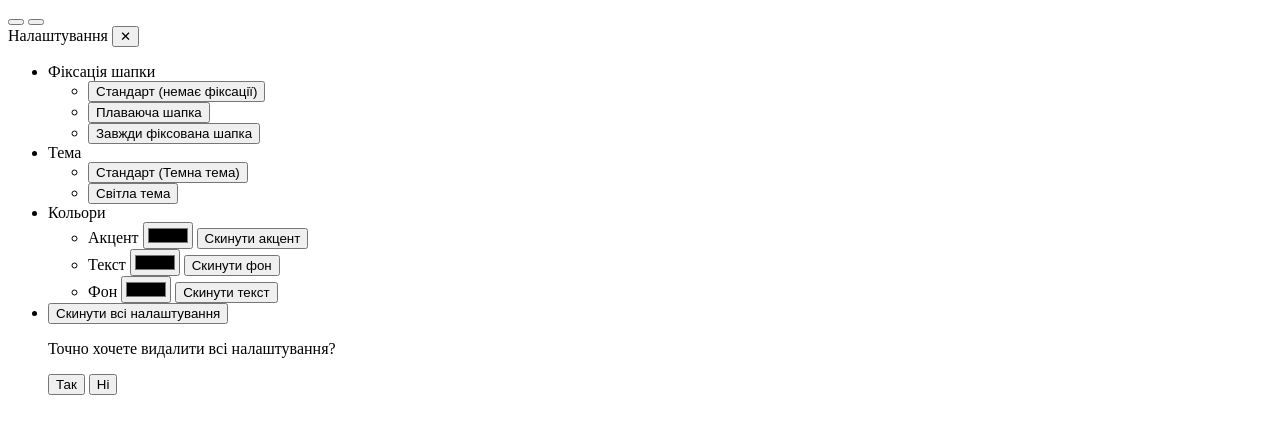
Repository: BogdanLazebnika/bogdanelo
Page: components/options.html
These files come from the project's save history. The page is drawn as it stood at one moment and after the next save; the edit follows.
The browser window is 1280 px wide. The pictures show the whole page.

Above is the page before, as saved 2025-08-05 15:22:54.

### components/options.html
<div class="button-open-options-container">
  <div class="button-open-options-container-content">


    <div class="button-options-container">

        <div class="vertical-line-options"></div>


        <button class="button-open-options-button">
            <div id="button-open-options-button-icon"></div>
        </button>

        <button class="button-hide-button-options-icon">
            <div id="button-hide-button-options-icon"></div>
        </button>
    </div>

    <div id="draggable-options" class="button-open-options-list hidden">
        <div class="settings-panel-header">
            <span>Налаштування</span>
            <button onclick="closeSettingsPanel()">✕</button>
        </div>
      <ul class="button-open-options-list-list-one-level">

        <!-- FixedHeader -->
        <li class="button-open-options-list-item">
          <span>Фіксація шапки</span>
          <ul class="button-open-options-list-list-two-level">
            <li><button onclick="updateUserSetting('fixedHeader', undefined)">Стандарт (немає фіксації)</button></li>
            <li><button onclick="updateUserSetting('fixedHeader', true)">Плаваюча шапка</button></li>
            <li><button onclick="updateUserSetting('fixedHeader', 'always')">Завжди фіксована шапка</button></li>
          </ul>
        </li>

        <!-- Theme -->
        <li class="button-open-options-list-item">
          <span>Тема</span>
          <ul class="button-open-options-list-list-two-level">
            <li><button onclick="updateUserSetting('theme', undefined)">Стандарт (Темна тема)</button></li>
            <li><button onclick="updateUserSetting('theme', 'light')">Світла тема</button></li>
          </ul>
        </li>

        <!-- Accent Color -->
        <li class="button-open-options-list-item">
          <span>Кольори</span>
          <ul class="button-open-options-list-list-two-level">
            <li>
              <span>Акцент</span>
              <input type="color" id="accentColorPicker">
              <button id="accentColorResetBtn">Скинути акцент</button>
            </li>
            <li>
              <span>Текст</span>
              <input type="color" id="backgroundColorPicker">
              <button id="backgroundColorResetBtn">Скинути фон</button>
            </li>
            <li>
              <span>Фон</span>
              <input type="color" id="textColorPicker">
              <button id="textColorResetBtn">Скинути текст</button>
            </li>
          </ul>

        </li>
        <li class="button-open-options-list-item">
          <button id="resetAllSettingsBtn">Скинути всі налаштування</button>

          <!-- Модалка підтвердження -->
          <div id="confirmResetModal" class="modal-clear-options hidden">
            <div class="modal-content-clear-options">
              <p>Точно хочете видалити всі налаштування?</p>
              <div class="modal-buttons-clear-options">
                <button id="confirmResetYes">Так</button>
                <button id="confirmResetNo">Ні</button>
              </div>
            </div>
          </div>
        </li>
      </ul>
    </div>
  </div>
</div>

After the next save:
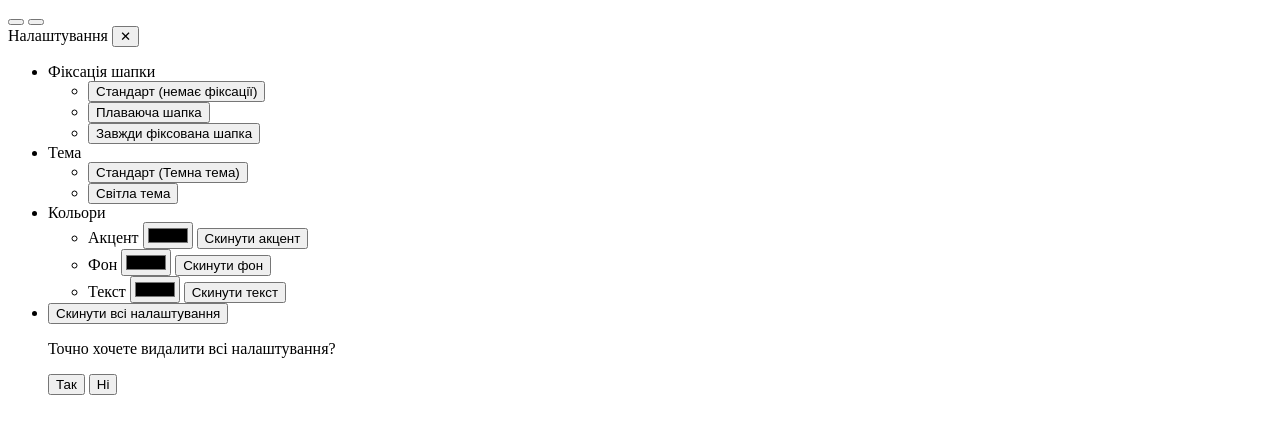
Saved 13 s later.
--- a/components/options.html
+++ b/components/options.html
@@ -34,36 +34,40 @@
         </li>
 
         <!-- Theme -->
-        <li class="button-open-options-list-item">
-          <span>Тема</span>
-          <ul class="button-open-options-list-list-two-level">
-            <li><button onclick="updateUserSetting('theme', undefined)">Стандарт (Темна тема)</button></li>
-            <li><button onclick="updateUserSetting('theme', 'light')">Світла тема</button></li>
-          </ul>
-        </li>
+<li class="button-open-options-list-item">
+  <span>Тема</span>
+  <ul class="button-open-options-list-list-two-level">
+    <li><button onclick="updateUserSetting('theme', undefined)">Стандарт (Темна тема)</button></li>
+    <li><button onclick="updateUserSetting('theme', 'light')">Світла тема</button></li>
+  </ul>
+</li>
 
-        <!-- Accent Color -->
-        <li class="button-open-options-list-item">
-          <span>Кольори</span>
-          <ul class="button-open-options-list-list-two-level">
-            <li>
-              <span>Акцент</span>
-              <input type="color" id="accentColorPicker">
-              <button id="accentColorResetBtn">Скинути акцент</button>
-            </li>
-            <li>
-              <span>Текст</span>
-              <input type="color" id="backgroundColorPicker">
-              <button id="backgroundColorResetBtn">Скинути фон</button>
-            </li>
-            <li>
-              <span>Фон</span>
-              <input type="color" id="textColorPicker">
-              <button id="textColorResetBtn">Скинути текст</button>
-            </li>
-          </ul>
+<!-- Colors -->
+<li class="button-open-options-list-item">
+  <span>Кольори</span>
+  <ul class="button-open-options-list-list-two-level">
 
-        </li>
+    <li>
+      <span>Акцент</span>
+      <input type="color" id="accentColorPicker">
+      <button id="accentColorResetBtn">Скинути акцент</button>
+    </li>
+
+    <li>
+      <span>Фон</span>
+      <input type="color" id="backgroundColorPicker">
+      <button id="backgroundColorResetBtn">Скинути фон</button>
+    </li>
+
+    <li>
+      <span>Текст</span>
+      <input type="color" id="textColorPicker">
+      <button id="textColorResetBtn">Скинути текст</button>
+    </li>
+
+  </ul>
+</li>
+
         <li class="button-open-options-list-item">
           <button id="resetAllSettingsBtn">Скинути всі налаштування</button>
 

After the 2 saves that followed:
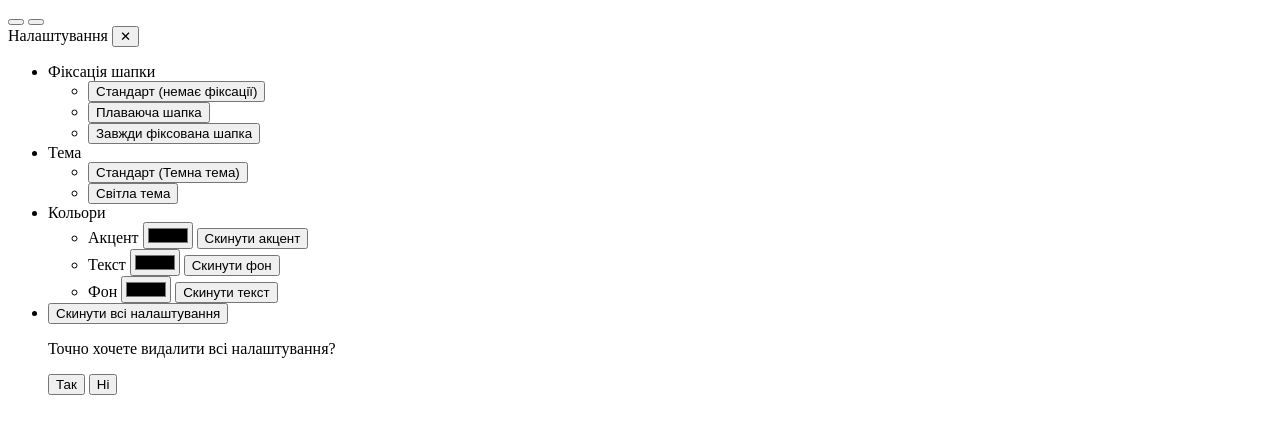
The 2 saves are shown as one change because 1 left the picture as it was.
The last was saved 116 s later.
--- a/components/options.html
+++ b/components/options.html
@@ -34,40 +34,36 @@
         </li>
 
         <!-- Theme -->
-<li class="button-open-options-list-item">
-  <span>Тема</span>
-  <ul class="button-open-options-list-list-two-level">
-    <li><button onclick="updateUserSetting('theme', undefined)">Стандарт (Темна тема)</button></li>
-    <li><button onclick="updateUserSetting('theme', 'light')">Світла тема</button></li>
-  </ul>
-</li>
+        <li class="button-open-options-list-item">
+          <span>Тема</span>
+          <ul class="button-open-options-list-list-two-level">
+            <li><button onclick="updateUserSetting('theme', undefined)">Стандарт (Темна тема)</button></li>
+            <li><button onclick="updateUserSetting('theme', 'light')">Світла тема</button></li>
+          </ul>
+        </li>
 
-<!-- Colors -->
-<li class="button-open-options-list-item">
-  <span>Кольори</span>
-  <ul class="button-open-options-list-list-two-level">
+        <!-- Accent Color -->
+        <li class="button-open-options-list-item">
+          <span>Кольори</span>
+          <ul class="button-open-options-list-list-two-level">
+            <li>
+              <span>Акцент</span>
+              <input type="color" id="accentColorPicker">
+              <button id="accentColorResetBtn">Скинути акцент</button>
+            </li>
+            <li>
+              <span>Текст</span>
+              <input type="color" id="backgroundColorPicker">
+              <button id="backgroundColorResetBtn">Скинути фон</button>
+            </li>
+            <li>
+              <span>Фон</span>
+              <input type="color" id="textColorPicker">
+              <button id="textColorResetBtn">Скинути текст</button>
+            </li>
+          </ul>
 
-    <li>
-      <span>Акцент</span>
-      <input type="color" id="accentColorPicker">
-      <button id="accentColorResetBtn">Скинути акцент</button>
-    </li>
-
-    <li>
-      <span>Фон</span>
-      <input type="color" id="backgroundColorPicker">
-      <button id="backgroundColorResetBtn">Скинути фон</button>
-    </li>
-
-    <li>
-      <span>Текст</span>
-      <input type="color" id="textColorPicker">
-      <button id="textColorResetBtn">Скинути текст</button>
-    </li>
-
-  </ul>
-</li>
-
+        </li>
         <li class="button-open-options-list-item">
           <button id="resetAllSettingsBtn">Скинути всі налаштування</button>
 
